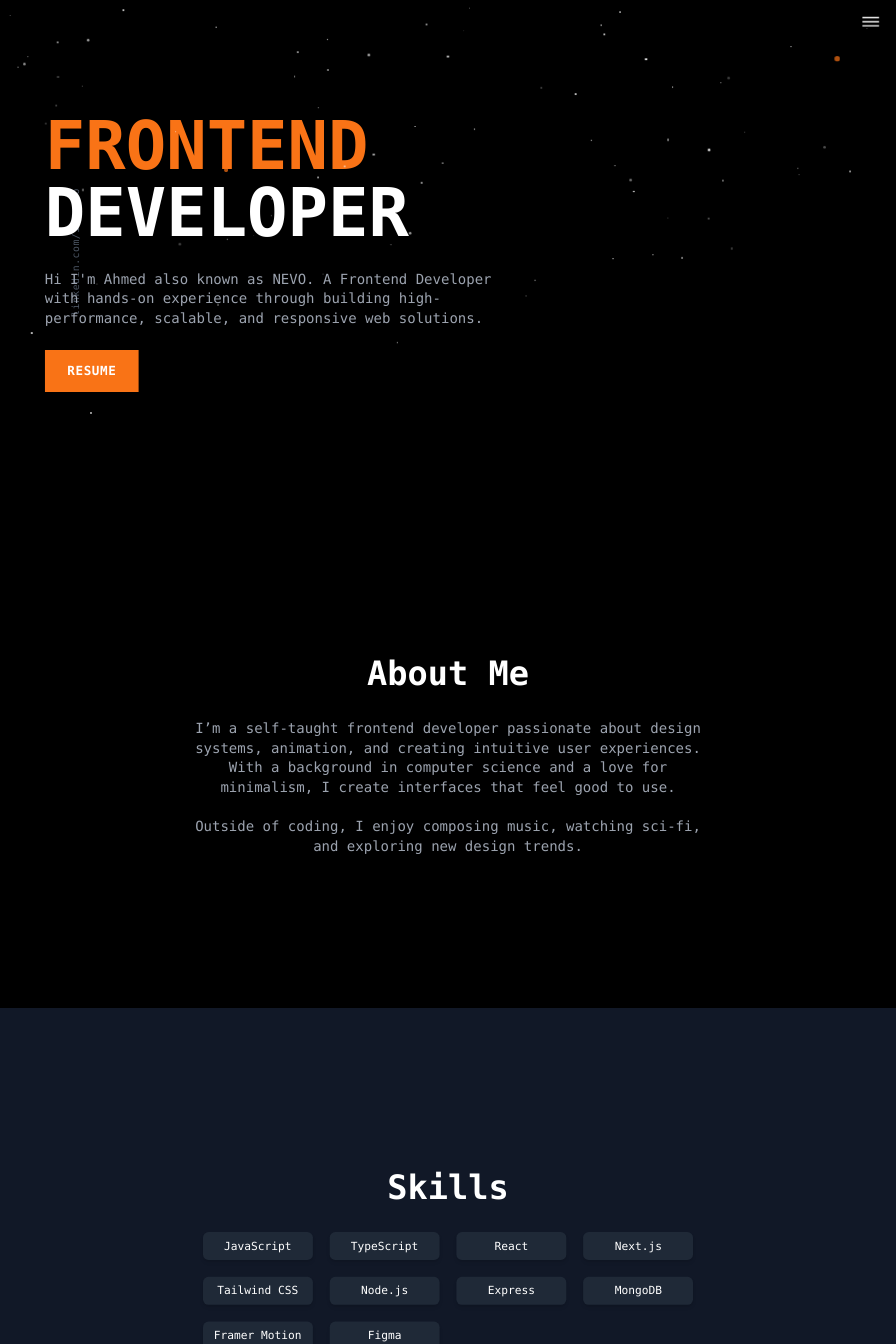
Repository: AnupriyaBiswas/Portfolio
Page: /
These files come from the project's save history. The page is drawn as it stood at one moment and after the next save; the edit follows.
The browser window is 1280 px wide. The pictures show the part of the page from y = 0 to 1920 px (the page is 4324 px tall), at 70% of full size.
The project was rebuilt for these pictures with package versions that can differ from the ones it lists, and the page was loaded fresh each time. Some packages were replaced by stand-ins written for this rebuild. The framework's server and built-in components were replaced by stand-ins that run in the browser. Also part of the build but not shown: next.config.js.

Above is the page before, as saved 2025-07-15 10:37:28.

After the next save:
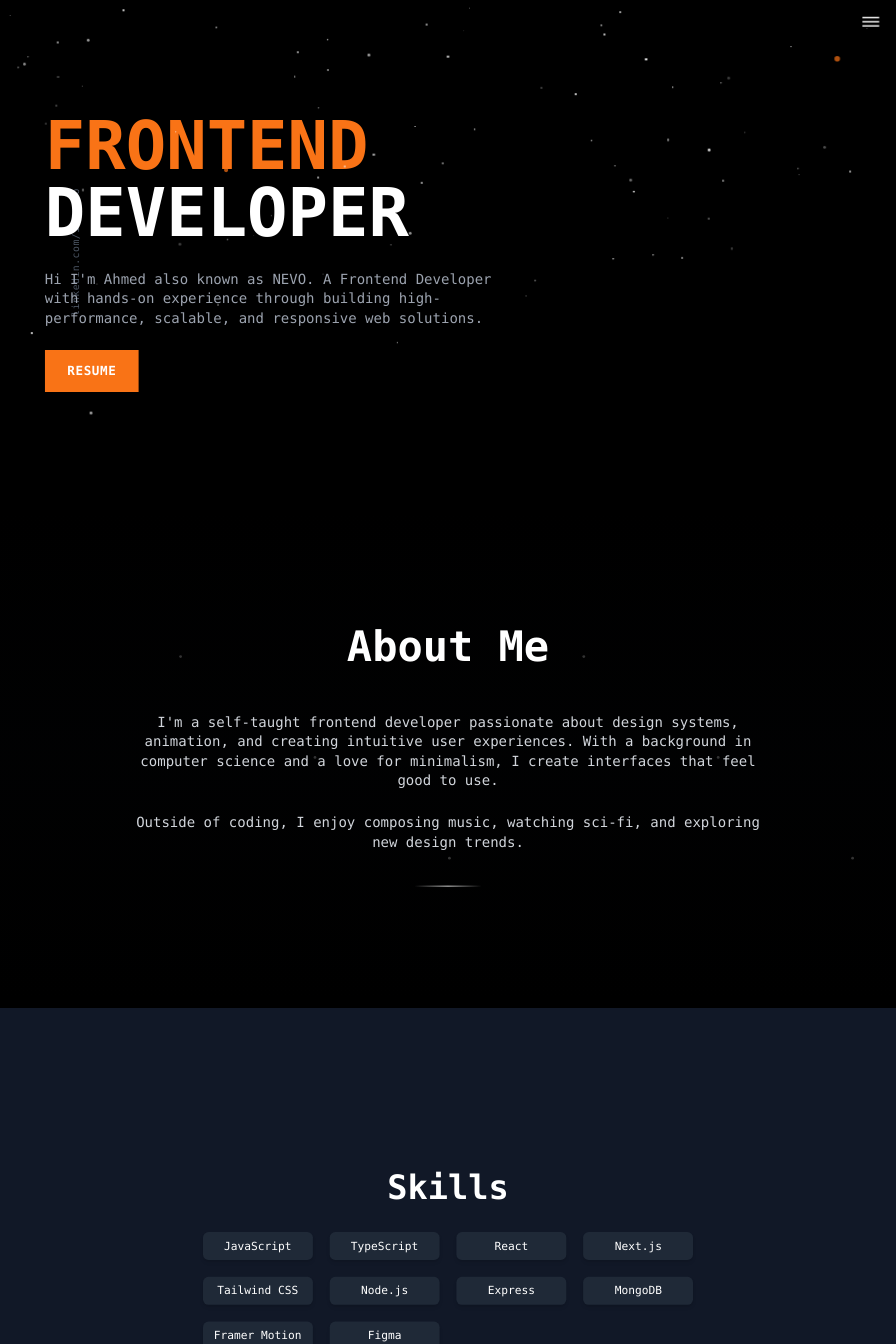
Saved 4 min 0 s later.
--- a/components/About.jsx
+++ b/components/About.jsx
@@ -1,27 +1,119 @@
-// D:\Programs\Projects\portfolio\components\About.jsx
-import React from "react";
+import React, { useEffect, useRef, useState } from "react";
 
 const About = () => {
+  const [isVisible, setIsVisible] = useState(false);
+  const sectionRef = useRef(null);
+
+  useEffect(() => {
+    const observer = new IntersectionObserver(
+      ([entry]) => {
+        if (entry.isIntersecting) {
+          setIsVisible(true);
+        }
+      },
+      {
+        threshold: 0.3,
+        rootMargin: "0px 0px -100px 0px"
+      }
+    );
+
+    if (sectionRef.current) {
+      observer.observe(sectionRef.current);
+    }
+
+    return () => {
+      if (sectionRef.current) {
+        observer.unobserve(sectionRef.current);
+      }
+    };
+  }, []);
+
   return (
     <section
+      ref={sectionRef}
       id="about"
-      className="min-h-screen flex flex-col justify-center items-center px-4 md:px-20 py-20 bg-black text-white"
+      className="min-h-screen flex flex-col justify-center items-center px-4 md:px-20 py-20 bg-black text-white relative overflow-hidden"
     >
-      <h2 className="text-3xl md:text-5xl font-bold mb-10 text-center">
-        About Me
-      </h2>
-      <div className="max-w-3xl text-lg md:text-xl text-gray-400 leading-relaxed text-center">
-        <p>
-          I’m a self-taught frontend developer passionate about design systems,
-          animation, and creating intuitive user experiences. With a background
-          in computer science and a love for minimalism, I create interfaces
-          that feel good to use.
-        </p>
-        <br />
-        <p>
-          Outside of coding, I enjoy composing music, watching sci-fi, and
-          exploring new design trends.
-        </p>
+      {/* Subtle background gradient */}
+      <div className="absolute inset-0 bg-gradient-to-b from-transparent via-gray-900/5 to-transparent"></div>
+
+      <div className="relative z-10 max-w-4xl">
+        {/* Animated heading */}
+        <h2
+          className={`text-4xl md:text-6xl font-bold mb-16 text-center transition-all duration-1000 ease-out ${
+            isVisible
+              ? 'opacity-100 translate-y-0'
+              : 'opacity-0 translate-y-8'
+          }`}
+          style={{
+            transitionDelay: isVisible ? '0.2s' : '0s'
+          }}
+        >
+          About Me
+        </h2>
+
+        {/* Animated content container */}
+        <div className="space-y-8">
+          <p
+            className={`text-lg md:text-xl text-gray-300 leading-relaxed text-center transition-all duration-1000 ease-out ${
+              isVisible
+                ? 'opacity-100 translate-y-0'
+                : 'opacity-0 translate-y-8'
+            }`}
+            style={{
+              transitionDelay: isVisible ? '0.4s' : '0s'
+            }}
+          >
+            I'm a self-taught frontend developer passionate about design systems,
+            animation, and creating intuitive user experiences. With a background
+            in computer science and a love for minimalism, I create interfaces
+            that feel good to use.
+          </p>
+
+          <p
+            className={`text-lg md:text-xl text-gray-300 leading-relaxed text-center transition-all duration-1000 ease-out ${
+              isVisible
+                ? 'opacity-100 translate-y-0'
+                : 'opacity-0 translate-y-8'
+            }`}
+            style={{
+              transitionDelay: isVisible ? '0.6s' : '0s'
+            }}
+          >
+            Outside of coding, I enjoy composing music, watching sci-fi, and
+            exploring new design trends.
+          </p>
+        </div>
+
+        {/* Animated decorative line */}
+        <div
+          className={`w-24 h-0.5 bg-gradient-to-r from-transparent via-white to-transparent mx-auto mt-12 transition-all duration-1000 ease-out ${
+            isVisible
+              ? 'opacity-60 scale-x-100'
+              : 'opacity-0 scale-x-0'
+          }`}
+          style={{
+            transitionDelay: isVisible ? '0.8s' : '0s'
+          }}
+        ></div>
+      </div>
+
+      {/* Subtle floating particles effect */}
+      <div className="absolute inset-0 pointer-events-none">
+        {[...Array(6)].map((_, i) => (
+          <div
+            key={i}
+            className={`absolute w-1 h-1 bg-white rounded-full transition-all duration-2000 ease-out ${
+              isVisible ? 'opacity-20' : 'opacity-0'
+            }`}
+            style={{
+              left: `${20 + i * 15}%`,
+              top: `${30 + (i % 3) * 20}%`,
+              animationDelay: `${i * 0.5}s`,
+              transitionDelay: isVisible ? `${1 + i * 0.1}s` : '0s'
+            }}
+          ></div>
+        ))}
       </div>
     </section>
   );
